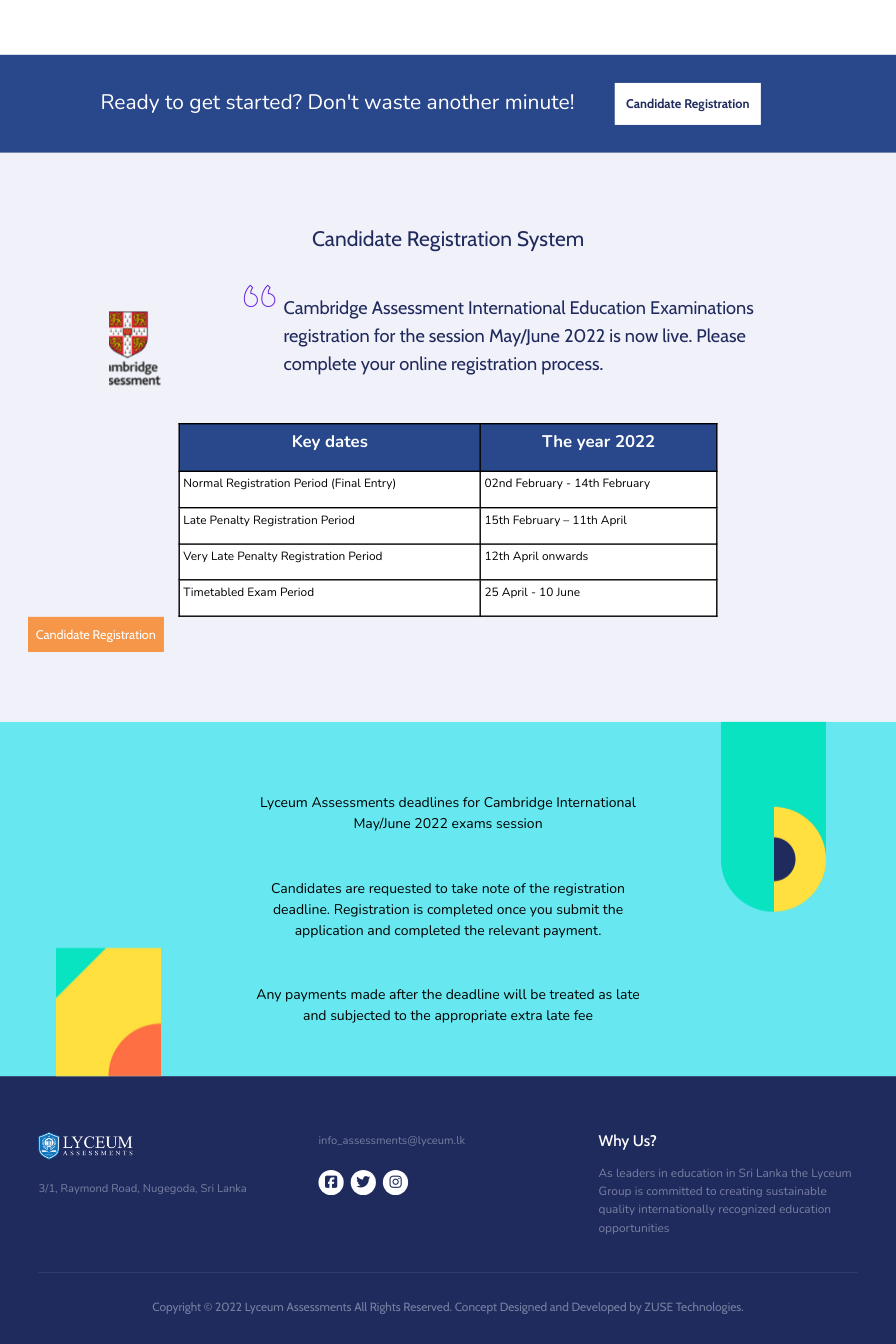
Repository: AXUSLK/LyceumAssessments-HTML
Page: index.html
The author's editor kept a copy of each file at every save. The page is drawn from the files as they stood at one save, then again after the next save.
The browser window is 1280 px wide. The pictures show the part of the page from y = 3956 to 5876 px (the page is 5876 px tall before and 5821 px after), at 70% of full size.
Backgrounds fixed to the window are drawn as part of the page. Some web libraries are served in a nearby version.

Above is the page before, as saved 2022-01-30 18:44:06.

After the next save:
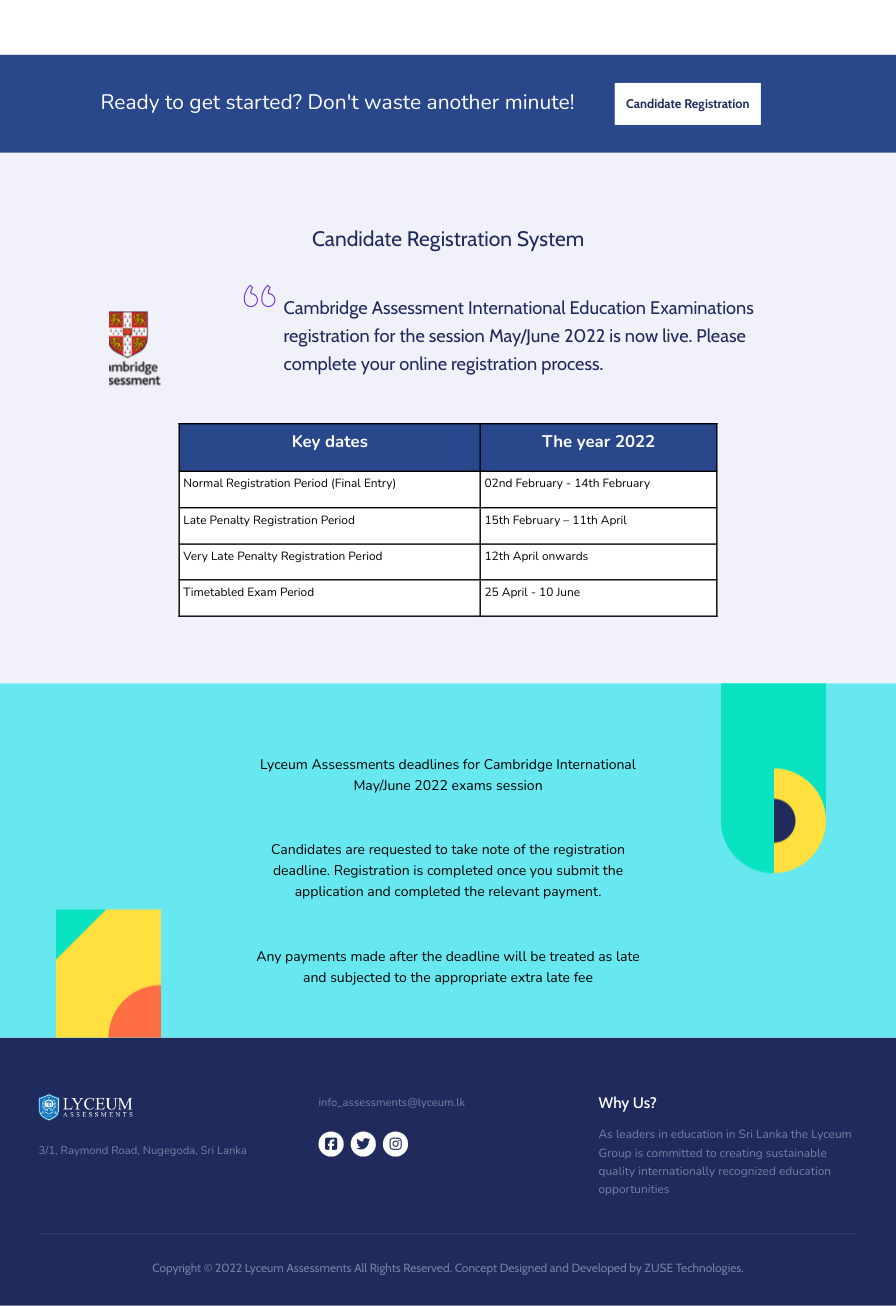
Saved 31 s later.
--- a/index.html
+++ b/index.html
@@ -534,17 +534,7 @@
 							<div class="col-md-2"></div>
 
 						</div>
-						<div class="row">
-							<span class="eWrap d-block">
-								<strong class="d-block font-weight-normal text-capitalize mb-1"> <a
-										href="javascript:void(0);"
-										class="btn btn-info font-weight-normal text-capitalize hdBtn position-relative border-0 p-0"
-										data-hover="Get Started">
-										<span class="d-block btnText">Candidate Registration </span>
-									</a></strong>
-
-							</span>
-						</div>
+
 					</div>
 				</article>
 			</div>
